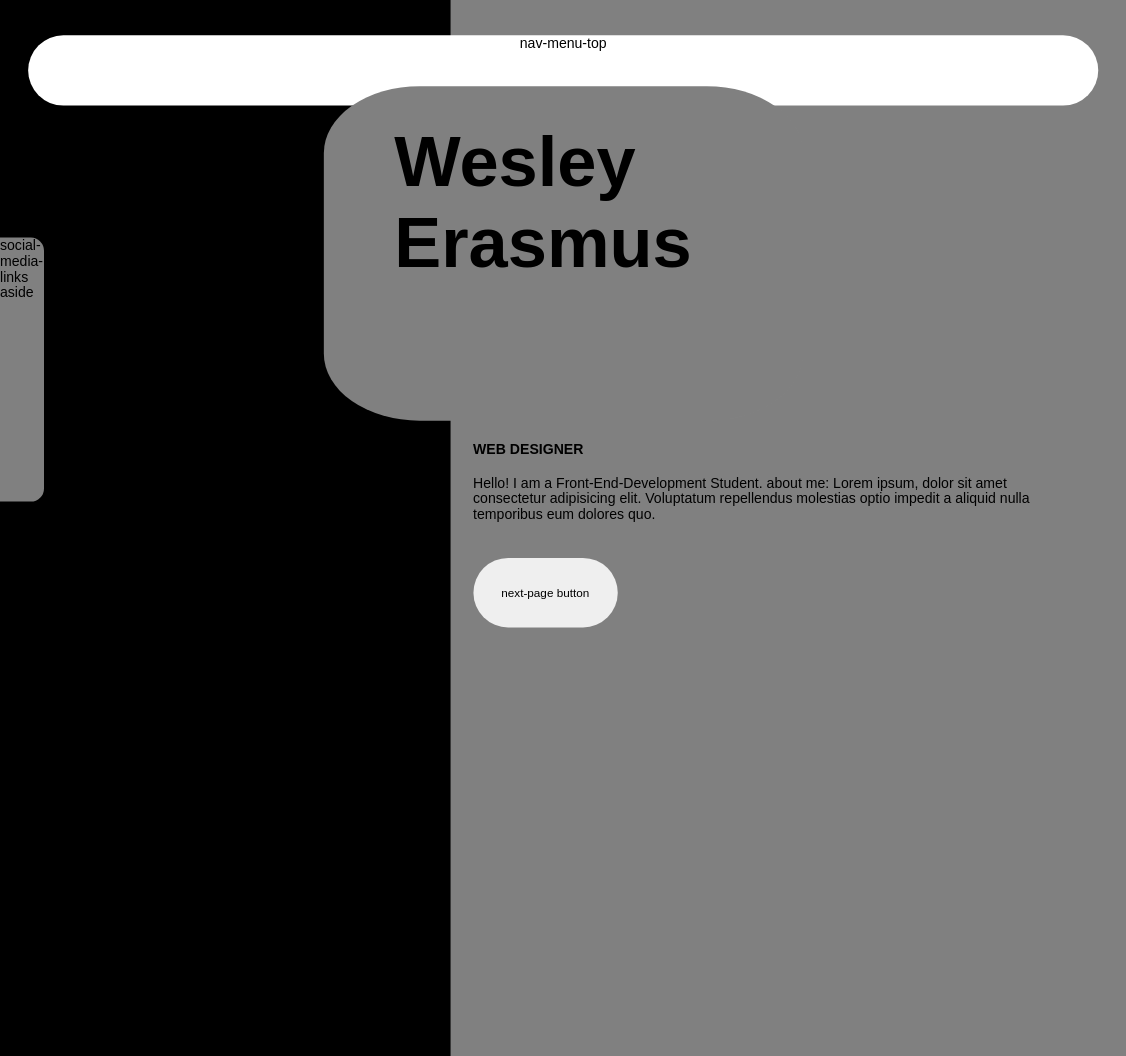
Repository: WesleyErasmus/MyDigitalResume-4
Page: index.html
These files come from the project's save history. The page is drawn as it stood at one moment and after a run of saves; the edit follows.
The browser window is 1280 px wide. The pictures show the whole page, at 88% of full size.

Above is the page before, as saved 2022-02-15 21:43:33.

After the next 2 saves:
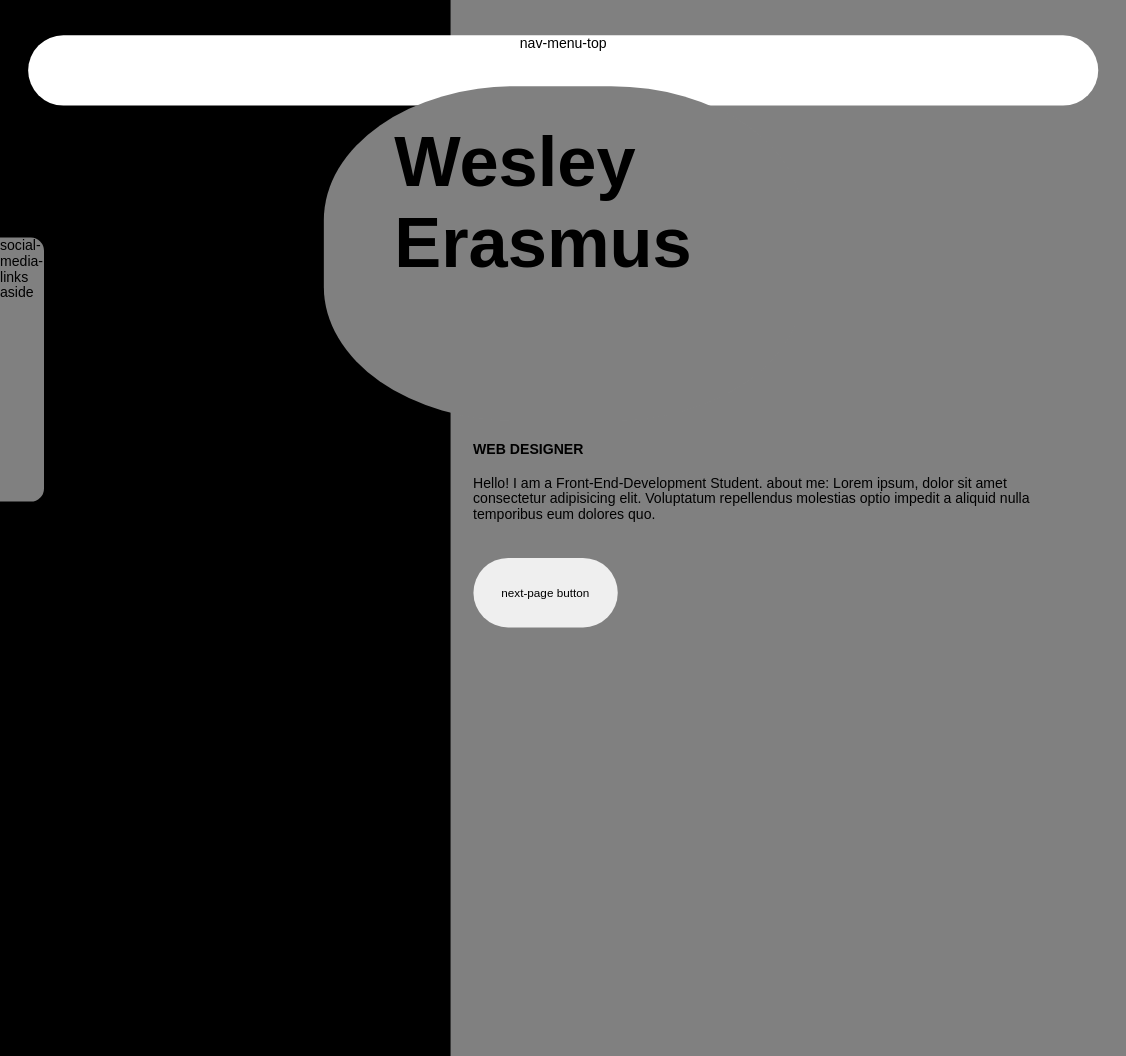
The 2 saves are shown as one change because they came seconds apart.
The last was saved 37 s later.
--- a/stylesheet.css
+++ b/stylesheet.css
@@ -58,7 +58,7 @@ transform: translate(-50%, -50%);
 padding: 40px 80px 40px 80px;
 font-size: 80px;
 /* border-radius:150px 0 0 150px; */
-border-radius: 20%;
+border-radius: 40%;
 }
 span#name {
     margin: 0;
